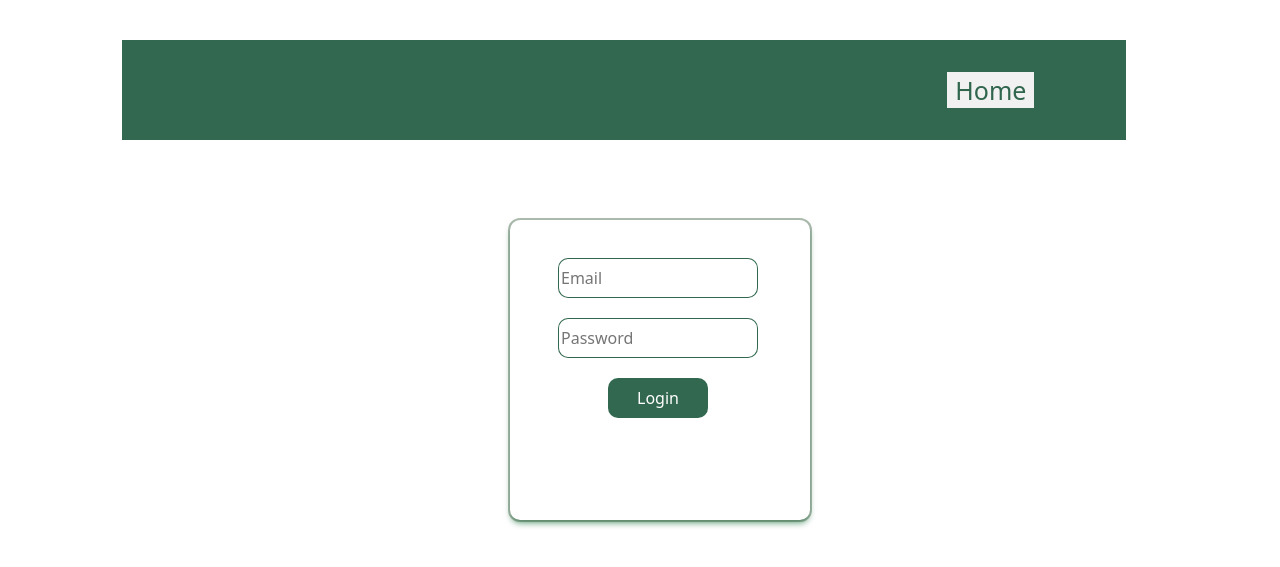
Repository: TH1985-Hub/Blog-Project
Page: index.html
These files come from the project's save history. The page is drawn as it stood at one moment and after the next save; the edit follows.
The browser window is 1280 px wide. The pictures show the whole page.

Above is the page before, as saved 2025-01-25 02:15:34.

After the next save:
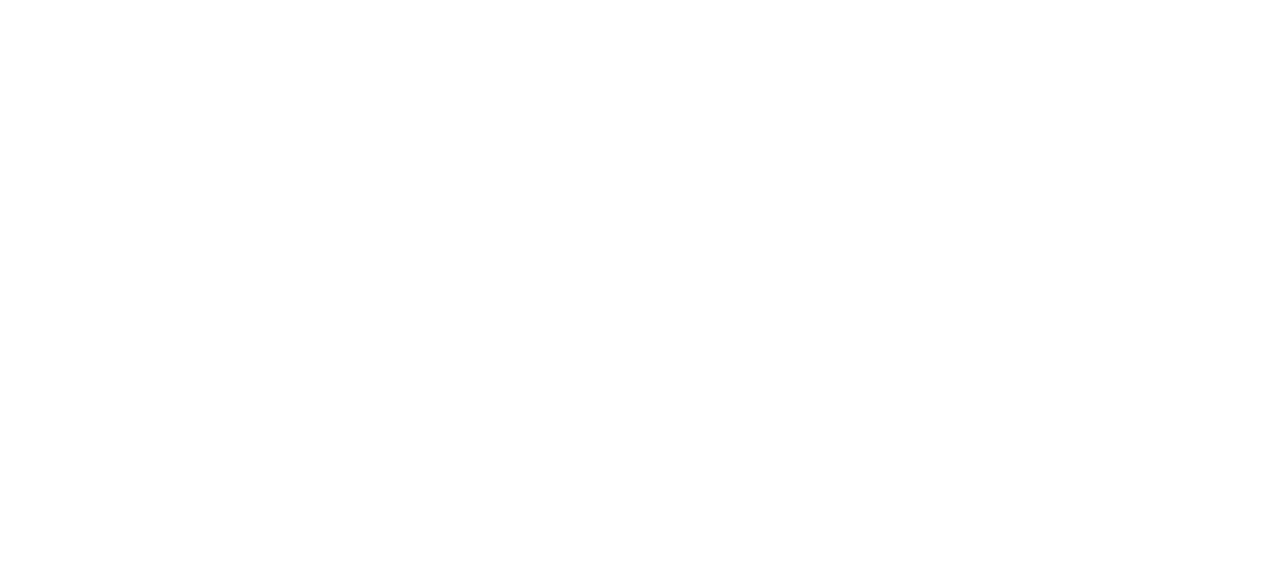
Console error: SyntaxError: Illegal return statement
Saved 35 s later.
--- a/src/scripts/login.js
+++ b/src/scripts/login.js
@@ -6,8 +6,8 @@
 import {api } from "./apis/api.js";
 import { Storage } from "./utils/storage.js";
 
-const handleLogin = async (event) => {
-  event.preventDefault();
+// const handleLogin = async (event) => {
+//   event.preventDefault();
   const inputEmail = document.querySelector("#email");
   const inputPassword = document.querySelector("#password");
 

After the 2 saves that followed:
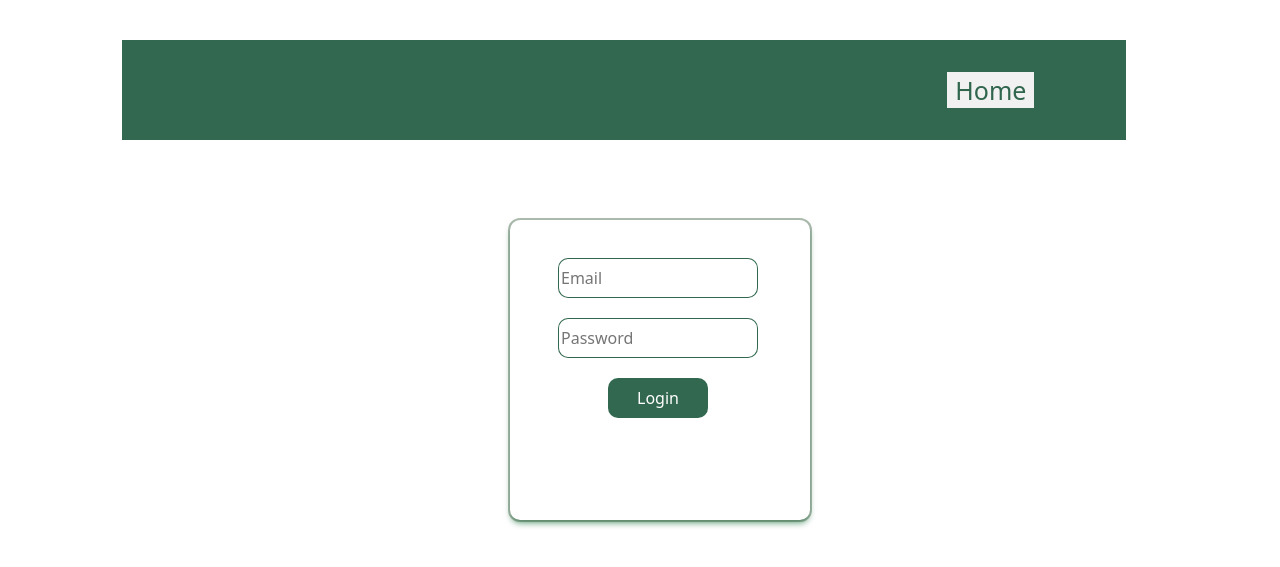
Console error: ReferenceError: handleLogin is not defined
The 2 saves are shown as one change because they came seconds apart.
The last was saved 34 s later.
--- a/src/scripts/login.js
+++ b/src/scripts/login.js
@@ -8,6 +8,16 @@
 
 // const handleLogin = async (event) => {
 //   event.preventDefault();
+
+document.addEventListener('DOMContentLoaded', () => {
+  const loginForm = document.getElementById('loginForm');
+  if (loginForm) {
+    loginForm.addEventListener('submit', loginHandler);
+  }
+});
+
+async function loginHandler(event) {
+  event.preventDefault();
   const inputEmail = document.querySelector("#email");
   const inputPassword = document.querySelector("#password");
 
